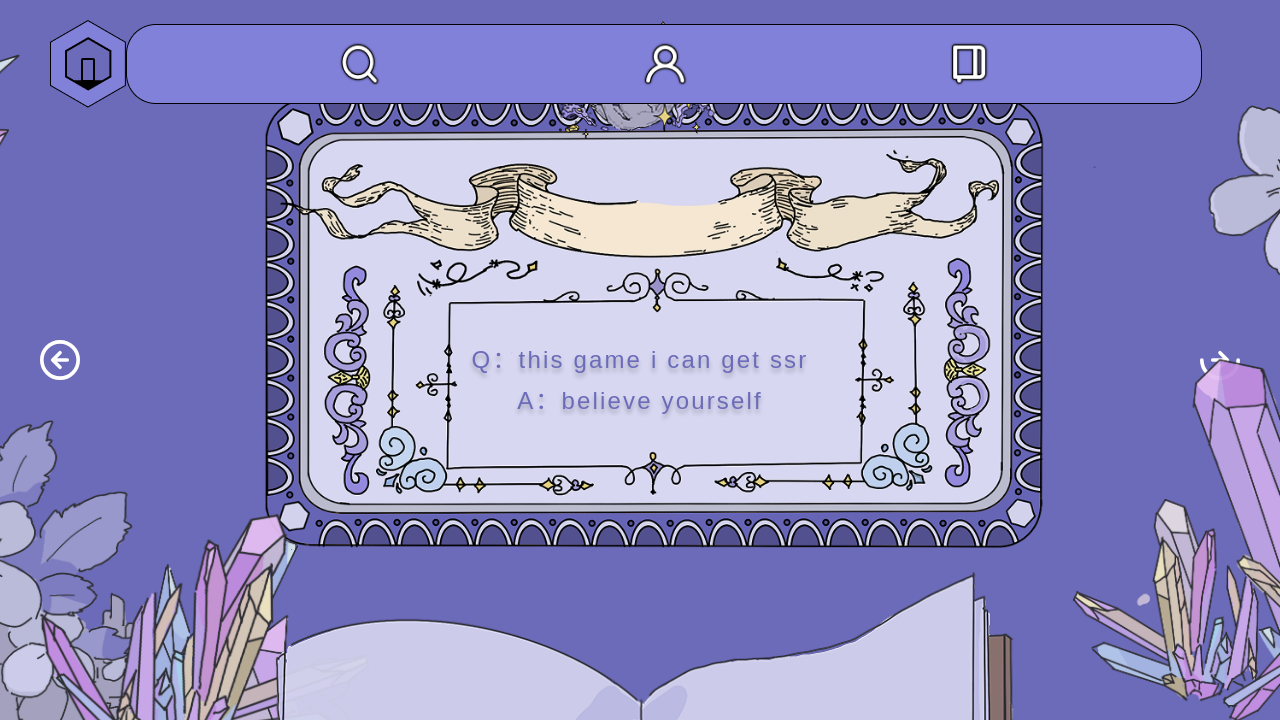
Repository: carolmmc/BabelLibrary
Page: shelf.html
The author's editor kept a copy of each file at every save. The page is drawn from the files as they stood at one save, then again after the next save.
The browser window is 1280 px wide. The pictures show the window.
A layer covers the whole window, so only the first screen is drawn.

Above is the page before, as saved 2025-05-07 22:12:44.

After the next save:
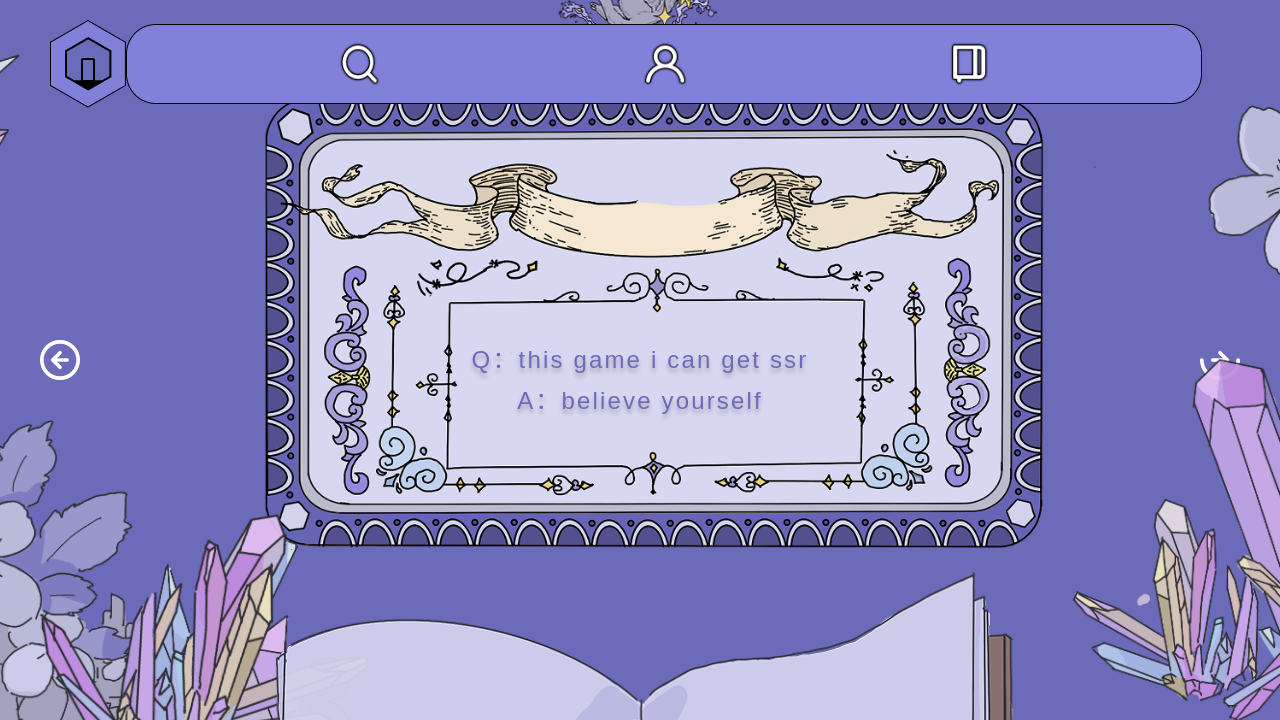
Saved 31 s later.
--- a/shelf.html
+++ b/shelf.html
@@ -120,7 +120,7 @@
         /* 猫咪容器样式 */
         .cat-container {
             position: absolute;
-            top: -100px;  /* 调整猫咪在书架上方的位置 */
+            top: -200px;  /* 调整猫咪在书架上方的位置 */
             left: 50%;
             transform: translateX(-50%);
             z-index: 3;
